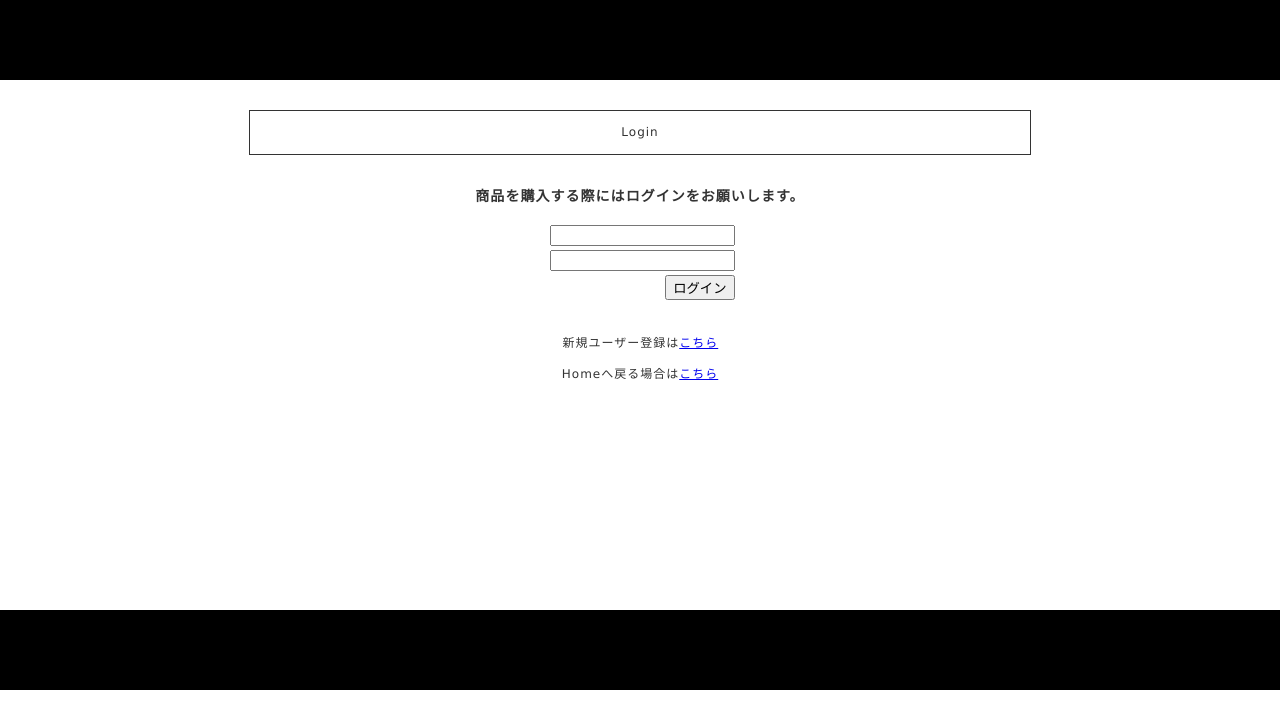
Repository: kanav0208/test
Page: http://localhost/ecsite/myPage.jsp
The author's editor kept a copy of each file at every save. The page is drawn from the files as they stood at one save, then again after the next save.
The browser window is 1280 px wide. The pictures show the whole page.
The page is served by Tomcat 9. Other server files are loaded and not shown.

Above is the page before, as saved 2018-02-08 07:24:29.

### ecsite/WebContent/myPage.jsp
<%@ page language="java" contentType="text/html; charset=UTF-8"
	pageEncoding="UTF-8"%>
<%@ taglib prefix="s" uri="/struts-tags"%>

<!DOCTYPE html>
<html>
<head>
	<meta charset="utf-8">
	<meta http-equiv="Content-Type" content="text/html; charset=utf-8" />
	<meta http-equiv="Content-Style-Type" content="text/css" />
	<meta http-equiv="Content-Script-Type" content="text/javascript" />
	<meta http-equiv="imagetoolbar" content="no" />
	<meta name="description" content="" />
	<meta name="keywords" content="" />
	<meta charset="utf-8">
	<title>Login画面</title>
	<style type="text/css">

		/* ========TAG LAYOUT======== */
		body {
		   margin:0;
		   padding:0;
		   line-height:1.6;
		   letter-spacing:1px;
		   font-family:Verdana, Helvetica, sans-serif;
		   font-size:12px;
		   color:#333;
		   background:#fff;
		}

		table {
			text-align:center;
			margin:0 auto;
		}

		/* ========ID LAYOUT======== */
		#top {
		   width:780px;
		   margin:30px auto;
		   border:1px solid #333;
		}

		#header {
		   width: 100%;
		   height: 80px;
		   background-color: black;
		}

		#main {
		   width: 100%;
		   height: 500px;
		   text-align: center;
		}

		#footer {
			width: 100%;
			height: 80px;
			background-color: black;
			clear:both;
		}

		#text-link {
			display: inline-block;
			text-align: right;
		}
	</style>
</head>
<body>
	<div id="header">
	 	<div id="pr">
		</div>
	</div>
	<div id="main">
		<div id="top">
			<p>Login</p>
		</div>
		<div>
			<h3>商品を購入する際にはログインをお願いします。</h3>
			<s:form action="LoginAction">
				<s:textfield name="loginUserId"/>
				<s:password name="loginPassword"/>
				<s:submit value="ログイン"/>
			</s:form>
			<br/>
			<div id="text-link">
				<p>新規ユーザー登録は<a href='<s:url action="UserCreateAction" />'>こちら</a></p>
				<p>Homeへ戻る場合は<a href='<s:url action="GoHomeAction" />'>こちら</a></p>
			</div>
		</div>
	</div>
	<div id="footer">
	 	<div id="pr">
		</div>
	</div>
</body>
</html>

After the next save:
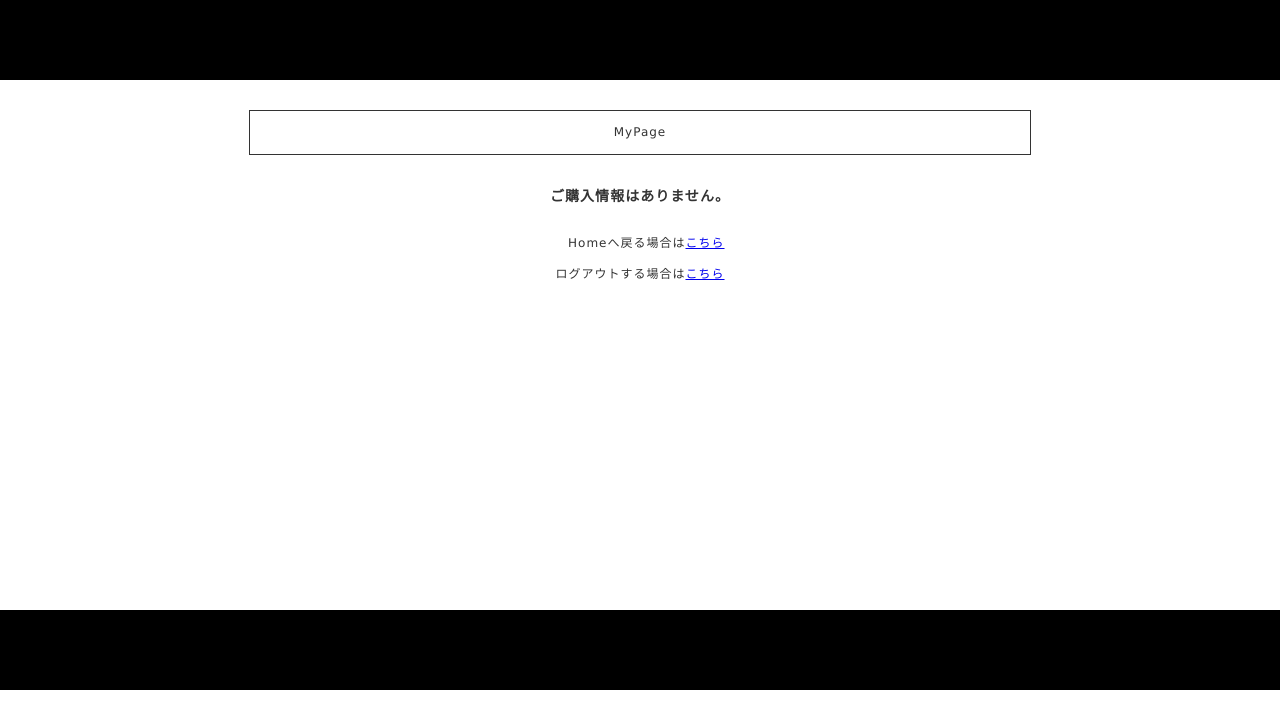
Saved 8 min 30 s later.
--- a/ecsite/WebContent/myPage.jsp
+++ b/ecsite/WebContent/myPage.jsp
@@ -13,10 +13,9 @@
 	<meta name="description" content="" />
 	<meta name="keywords" content="" />
 	<meta charset="utf-8">
-	<title>Login画面</title>
+	<title>MyPage画面</title>
 	<style type="text/css">
-
-		/* ========TAG LAYOUT======== */
+	/* ========TAG LAYOUT======== */
 		body {
 		   margin:0;
 		   padding:0;
@@ -33,7 +32,7 @@
 			margin:0 auto;
 		}
 
-		/* ========ID LAYOUT======== */
+	/* ========ID LAYOUT======== */
 		#top {
 		   width:780px;
 		   margin:30px auto;
@@ -59,7 +58,7 @@
 			clear:both;
 		}
 
-		#text-link {
+		#text-right {
 			display: inline-block;
 			text-align: right;
 		}
@@ -72,24 +71,48 @@
 	</div>
 	<div id="main">
 		<div id="top">
-			<p>Login</p>
+			<p>MyPage</p>
 		</div>
 		<div>
-			<h3>商品を購入する際にはログインをお願いします。</h3>
-			<s:form action="LoginAction">
-				<s:textfield name="loginUserId"/>
-				<s:password name="loginPassword"/>
-				<s:submit value="ログイン"/>
+		<s:if test="myPageList == null">
+			<h3>ご購入情報はありません。</h3>
+		</s:if>
+		<s:elseif test="message == null">
+			<h3>ご購入情報は以下になります。</h3>
+			<table border="1">
+			<tr>
+				<th>商品名</th>
+				<th>値段</th>
+				<th>購入個数</th>
+				<th>支払い方法</th>
+				<th>購入日</th>
+			</tr>
+			<s:iterator value="myPageList">
+				<tr>
+					<td><s:property value="itemName" /></td>
+					<td><s:property value="totalPrice" /><span>円</span></td>
+					<td><s:property value="totalCount" /><span>個</span></td>
+					<td><s:property value="payment" /></td>
+					<td><s:property value="insert_date" /></td>
+				</tr>
+			</s:iterator>
+			</table>
+			<s:form action="MyPageAction">
+				<input type="hidden" name="deleteFlg" value="1">
+				<s:submit value="削除" method="delete" />
 			</s:form>
-			<br/>
-			<div id="text-link">
-				<p>新規ユーザー登録は<a href='<s:url action="UserCreateAction" />'>こちら</a></p>
+		</s:elseif>
+		<s:if test="message != null">
+			<h3><s:property value="message"/></h3>
+		</s:if>
+			<div id="text-right">
 				<p>Homeへ戻る場合は<a href='<s:url action="GoHomeAction" />'>こちら</a></p>
+				<p>ログアウトする場合は<a href='<s:url action="LogoutAction" />'>こちら</a></p>
 			</div>
 		</div>
 	</div>
 	<div id="footer">
-	 	<div id="pr">
+		<div id="pr">
 		</div>
 	</div>
 </body>
